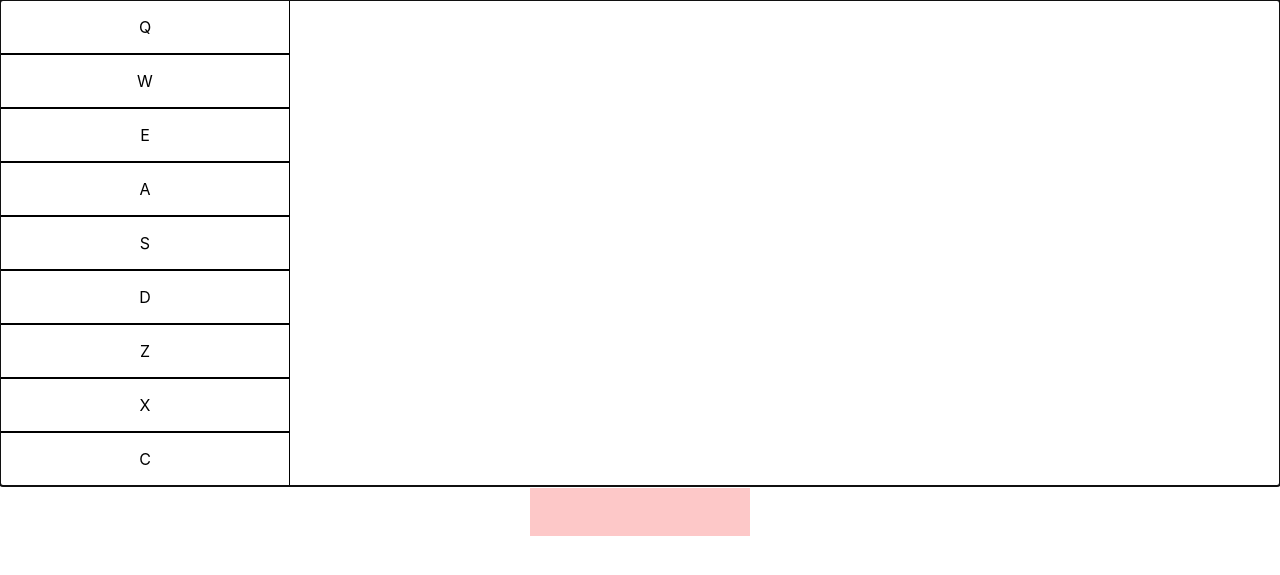
Repository: milac0/drum-machine
Page: /
The author's editor kept a copy of each file at every save. The page is drawn from the files as they stood at one save, then again after the next save.
The browser window is 1280 px wide. The pictures show the whole page.
The project was rebuilt for these pictures with package versions that can differ from the ones it lists, and the page was loaded fresh each time.

Above is the page before, as saved 2019-10-25 17:15:37.

After the next save:
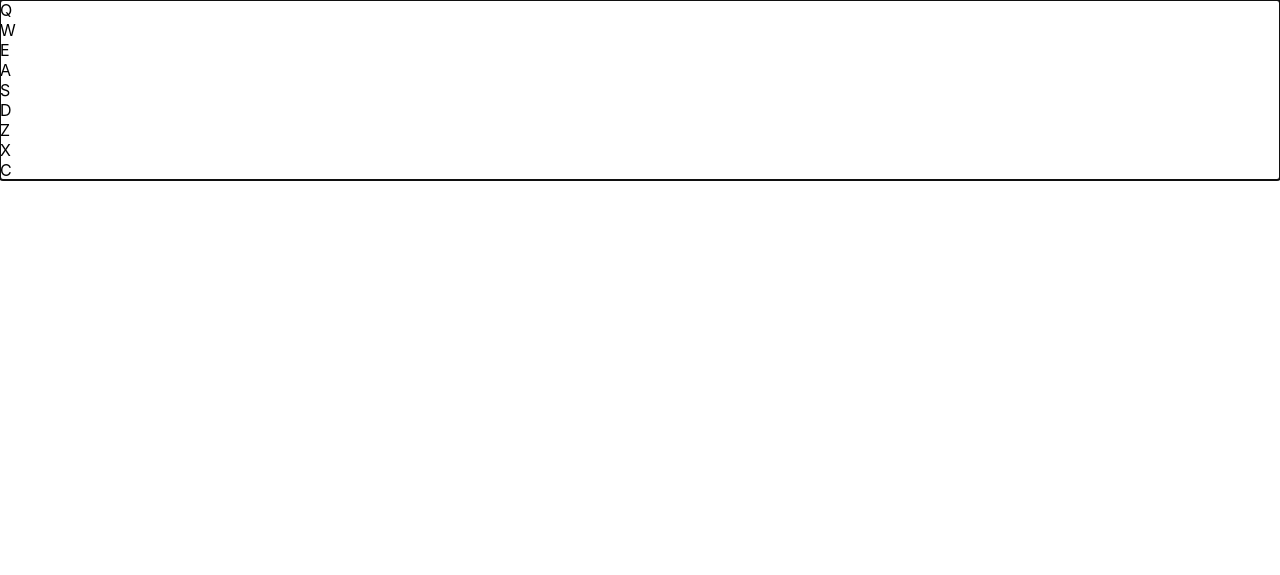
Saved 2 min 10 s later.
--- a/src/App.css
+++ b/src/App.css
@@ -13,7 +13,7 @@
   display: grid;
 }
 
-#display {
+/* #display {
   margin: 0 auto;
   height: 30px;
   width: 200px;
@@ -41,4 +41,4 @@
 
 .drum-pad:hover {
   cursor: pointer;
-}
+} */
